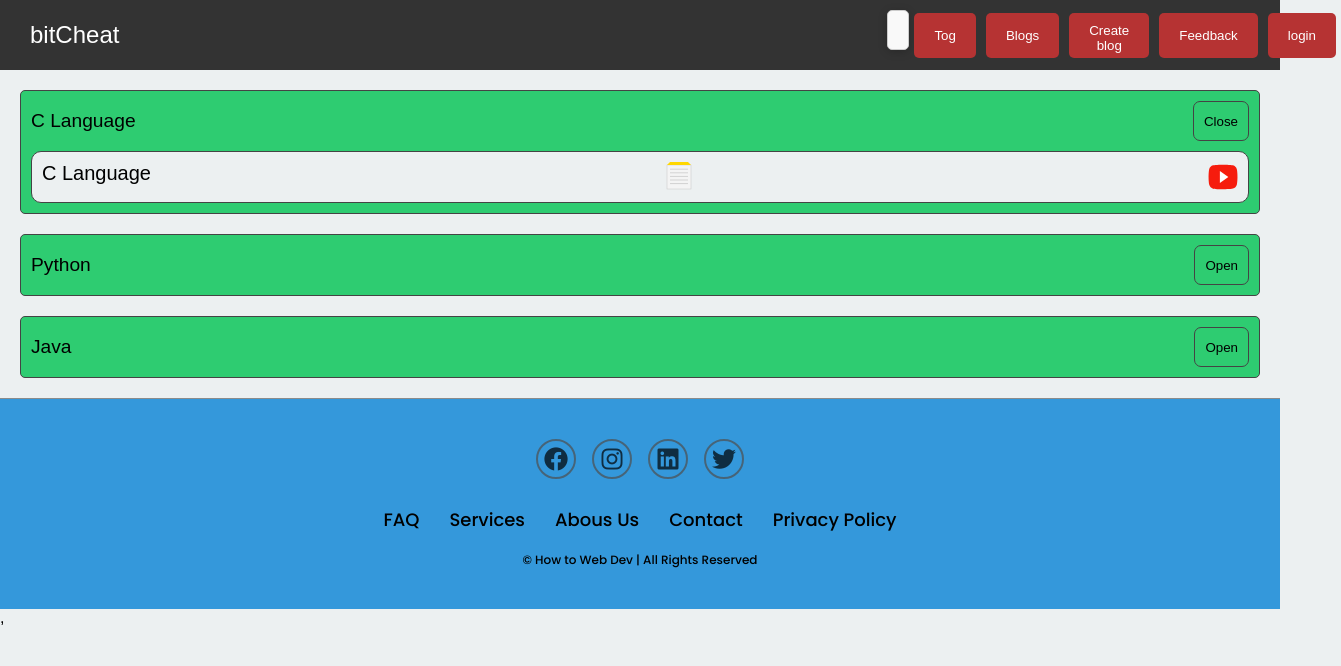
Repository: hitoutvrma/college-notes-website
Page: /IT (app in frontend/app/), after clicking the first element matching `div.title`
An editor plug-in stored every save of this project. The page is shown before and after the next save, followed by the edit.
The browser window is 1280 px wide. The page is 1341 px wide, so the pictures cover 1341 px, including what lies to the right of the window. The pictures show the whole page.
Some web fonts or font styles are not loaded; a fallback is used. The project was rebuilt for these pictures with package versions that can differ from the ones it lists, and the page was loaded fresh each time. Also part of the build but not shown: frontend/app/src/components/UserStatistics.js, frontend/app/src/components/Header.js, frontend/app/src/components/Home.js, frontend/app/src/components/BlogList.js, frontend/app/src/components/CreateBlog.jsx, frontend/app/src/components/Notfoundpage.js.

Above is the page before, as saved 2024-08-17 00:08:10.

### frontend/app/public/index.html
<!DOCTYPE html>
<html lang="en">
  <head>
    <meta charset="utf-8" />
    <link rel="icon" href="%PUBLIC_URL%/favicon.ico" />
    <link rel="preconnect" href="https://fonts.googleapis.com">
<link rel="preconnect" href="https://fonts.gstatic.com" crossorigin>
<link href="https://fonts.googleapis.com/css2?family=Zain:wght@200;300;400;700;800;900&display=swap" rel="stylesheet">
    <meta name="viewport" content="width=device-width, initial-scale=1" />
    <meta name="theme-color" content="#000000" />
    <meta
      name="description"
      content="Web site created using create-react-app"
    />
    <link rel="apple-touch-icon" href="%PUBLIC_URL%/logo192.png" />
    <!--
      manifest.json provides metadata used when your web app is installed on a
      user's mobile device or desktop. See https://developers.google.com/web/fundamentals/web-app-manifest/
    -->
    <link rel="manifest" href="%PUBLIC_URL%/manifest.json" />
    <!--
      Notice the use of %PUBLIC_URL% in the tags above.
      It will be replaced with the URL of the `public` folder during the build.
      Only files inside the `public` folder can be referenced from the HTML.

      Unlike "/favicon.ico" or "favicon.ico", "%PUBLIC_URL%/favicon.ico" will
      work correctly both with client-side routing and a non-root public URL.
      Learn how to configure a non-root public URL by running `npm run build`.
    -->
    <title>React App</title>
  </head>
  <body>
    <noscript>You need to enable JavaScript to run this app.</noscript>
    <div id="root"></div>
    <!--
      This HTML file is a template.
      If you open it directly in the browser, you will see an empty page.

      You can add webfonts, meta tags, or analytics to this file.
      The build step will place the bundled scripts into the <body> tag.

      To begin the development, run `npm start` or `yarn start`.
      To create a production bundle, use `npm run build` or `yarn build`.
    -->
  </body>
</html>

### frontend/app/src/index.js
import React from 'react';
import { createRoot } from 'react-dom/client';
import { Auth0Provider } from '@auth0/auth0-react';
import ReactDOM from 'react-dom/client';
import './index.css';
import App from './App';
import reportWebVitals from './reportWebVitals';

const root = ReactDOM.createRoot(document.getElementById('root'));
root.render(
  <React.StrictMode>
    <Auth0Provider
    domain="dev-e2ucpx13tqcte4ht.us.auth0.com"
    clientId="82fzcFWOHXZTqHpiOgBFNnSoArs0UK5I"
    authorizationParams={{redirect_uri: window.location.origin}}
  >
    <App />
  </Auth0Provider>,
  </React.StrictMode>
);

// If you want to start measuring performance in your app, pass a function
// to log results (for example: reportWebVitals(console.log))
// or send to an analytics endpoint. Learn more: https://bit.ly/CRA-vitals
reportWebVitals();

### frontend/app/src/index.css
/* @tailwind base;
@tailwind components;
@tailwind utilities; */
body {
  margin: 0;
  background-color: #191919;
  /* font-family: -apple-system, BlinkMacSystemFont, 'Segoe UI', 'Roboto', 'Oxygen',
    'Ubuntu', 'Cantarell', 'Fira Sans', 'Droid Sans', 'Helvetica Neue',
    sans-serif; */
  /* -webkit-font-smoothing: antialiased;
  -moz-osx-font-smoothing: grayscale; */
}
/* src/App.css */
body {
  font-family: 'Playwrite AR', cursive;;
  /* font-size: 400px; */
}

.custom-font {
  font-family:  sans-serif;
}

/* code {
  font-family: source-code-pro, Menlo, Monaco, Consolas, 'Courier New',
    monospace;
} */

### frontend/app/src/App.js
import logo from './logo.svg';
import './App.css';
import { BrowserRouter as Router, Routes, Route } from 'react-router-dom';
import UserStatistics from './components/UserStatistics';
import Header from "./components/Header";
import Home from "./components/Home";
import NotesPage from './components/NotesPage';
import { SearchProvider } from './components/SearchContext';
import BlogList from './components/BlogList';
import CreateBlog from './components/CreateBlog';
import NotFoundPage from './components/Notfoundpage';
import Footer from './components/Footer';
// import IT from './components/IT.js';
import { useState } from 'react';
import Navbar from './components/Navbar';

function App() {
  return (
    <SearchProvider>
    <Router>
      <Navbar/>
      {/* <Header/> */}
      {/* <NotesPage/> */}
      <Routes>
        {/* <Route path="/IT" element={<IT/>} /> */}
        <Route path="/IT" element={<NotesPage/>} />
        <Route path="/" element={<Home />} />
        <Route path="/blogs" element={<BlogList />} />
        <Route path="/create_blog" element={<CreateBlog />} />
        <Route path="*" element={<NotFoundPage />} /> {/* Catch-all route */}
      </Routes>

      <Footer/>
    </Router>
    </SearchProvider>
  );
};

export default App;

### frontend/app/src/App.css
/* global.css */
:root {
  --primary-color: #cdd7fb;
  --secondary-color: #2ecc71;
  --accent-color: #e74c3c;
  --background-color: #ecf0f1;
  --text-color: #2c3e50;
}
body{
  background-color: var(--background-color);
  font-family: 'Poppins', sans-serif;
}

### frontend/app/src/components/SearchContext.js
// SearchContext.js
import React, { createContext, useState } from 'react';

export const SearchContext = createContext();

export const SearchProvider = ({ children }) => {
  const [searchText, setSearchText] = useState('');

  return (
    <SearchContext.Provider value={{ searchText, setSearchText }}>
      {children}
    </SearchContext.Provider>
  );
};

### frontend/app/src/components/Footer.js
import React from 'react';
import './css/footer.css';
const Footer = () => {
  return (
    <section class="footer">
    <div class="social">
      <a href="#"><i class="fa-brands fa-facebook"></i></a>
      <a href="#"><i class="fa-brands fa-instagram"></i></a>
      <a href="#"><i class="fa-brands fa-linkedin"></i></a>
      <a href="#"><i class="fa-brands fa-twitter"></i></a>
    </div>
    <ul class="list">
      <li><a href="#">FAQ</a></li>
      <li><a href="#">Services</a></li>
      <li><a href="#">Abous Us</a></li>
      <li><a href="#">Contact</a></li>
      <li><a href="#">Privacy Policy</a></li>
    </ul>
    <p class="copyright">© How to Web Dev | All Rights Reserved</p>
  </section>
  )
}

export default Footer

### frontend/app/src/components/UserStatistics.css


.statistics-container {
    display: flex;
    justify-content: space-around;
    align-items: center;
    background-color: #fff;
    border-radius: 12px;
    box-shadow: 0 4px 20px rgba(0, 0, 0, 0.1);
    padding: 30px;
    margin: 20px 0;
    flex-wrap: wrap;
    transition: transform 0.3s;
}

.statistics-container:hover {
    transform: scale(1.02);
}

.statistic {
    text-align: center;
    flex: 1;
    margin: 10px;
    padding: 20px;
    background: linear-gradient(135deg, #f5f7fa, #c3cfe2);
    border-radius: 10px;
    box-shadow: 0 2px 10px rgba(0, 0, 0, 0.15);
    transition: transform 0.3s, box-shadow 0.3s;
}

.statistic:hover {
    transform: translateY(-5px);
    box-shadow: 0 4px 20px rgba(0, 0, 0, 0.2);
}

.statistic h2 {
    font-size: 3rem;
    color: #333;
    margin: 0;
}

.statistic p {
    font-size: 1.25rem;
    color: #666;
}

/* button {
    padding: 12px 20px;
    font-size: 1.2rem;
    background-color: #007BFF;
    color: white;
    border: none;
    border-radius: 5px;
    cursor: pointer;
    transition: background-color 0.3s, transform 0.3s;
} */

button:hover {
    background-color: #0056b3;
    transform: translateY(-2px);
}

### frontend/app/src/components/login.js
import './css/header.css';
import { useAuth0 } from "@auth0/auth0-react";
import React from "react";

const LoginButton = () => {
  const { user, loginWithRedirect, isAuthenticated, logout } = useAuth0();

  return (<div>
        {isAuthenticated ?(<button onClick={(e) => logout()} id="login">logout</button>):
      <button class="button" onClick={() => loginWithRedirect()}>login</button>}
    </div>
      );
};

export default LoginButton;

### frontend/app/src/components/css/header.css
/* Base Styles */
body {
    font-family: Arial, sans-serif;
    margin: 0;
    padding: 0;
}

/* Header Styles */
.header {
    background-color: var(--primary-color);
    opacity: 100%;
    display: flex;
    border-style: solid;
    border-width: 1px;
    border-color: #444444;
    justify-content: space-between;
    align-items: center;
    height: 9.5vh;
    padding: 0 20px;

    color: white;
    position: fixed;
    top: 0;
    width: 100%;
    z-index: 1000;
}

/* Search Container Styles */
.search-container {
    margin-right: 10px;
    width: 100%;
    max-width: 600px;
    display: flex;
    align-items: center;
    background-color: white;
    border-style: solid;
    border-width: 1px;
    border-color: #444444;
    padding: 5px 10px;
    border-radius: 25px;
    box-shadow: 0 4px 8px rgba(0, 0, 0, 0.1);
}

.search-container input {
    padding: 10px 15px;
    width: 100%;
    font-size: 16px;
    border: none;
    outline: none;
    border-radius: 25px;
}

.search-container input::placeholder {
    color: #aaa;
}

/* Logos and Button Styles */
.logos {
    color: rgb(135, 35, 35);
    font-size: 2.5rem; /* Responsive font size */
}

.header-buttons {
    display: flex;
    align-items: center;
}

#login {
    background-color: rgb(182, 51, 51);
}

.header-buttons button {
    margin-right: 1vw;
    padding: 15px 25px;
    font-size: 1rem; /* Responsive font size */
    cursor: pointer;
    border: 1px solid rgb(68, 68, 68);
    background-color: #191919;
    color: white;
    border-radius: 15px;
}

/* Responsive Design */
@media (max-width: 768px) {
    .header {
        flex-direction: column;
        height: auto;
        padding: 10px;
    }

    .logos {
        margin-bottom: 10px;
    }

    .header-buttons {
        width: 100%;
        justify-content: space-between;
        margin-top: 10px;
    }

    .header-buttons button {
        flex: 1;
        margin: 5px;
        font-size: 0.9rem;
    }

    .search-container {
        width: 100%;
        margin-top: 10px;
    }
}

@media (max-width: 480px) {
    .logos {
        font-size: 2rem;
    }

    .header-buttons button {
        font-size: 0.8rem;
        padding: 8px 10px;
    }

    .search-container {
        width: 100%;
        margin-top: 10px;
    }
}

.navbar-toggle {
    display: none;
    flex-direction: column;
    cursor: pointer;
}

### frontend/app/src/components/Feedback.js
import React, { useState } from 'react';
import { useNavigate } from 'react-router-dom';
import axios from 'axios';

import './css/feedback.css'; // Import your CSS file for styling

const Feedback = () => {
  const [showPopup, setShowPopup] = useState(false);
  const [feedback, setFeedback] = useState('');
  const [username, setUsername] = useState('hitesh');
  const [showSuccessAlert, setShowSuccessAlert] = useState(false);

  const navigate = useNavigate();

  const handleSubmitFeedback = async (e) => {
    e.preventDefault();
    try {
      await axios.post('http://localhost:5000/api/feedback', { username, feedback });
      setShowSuccessAlert(true);
      setTimeout(() => {
        setShowSuccessAlert(false);
      }, 3000); // Hide the success alert after 3 seconds
      setFeedback('');
      setUsername('');
      handleClosePopup();
    } catch (error) {
      console.error('Error creating feedback post', error);
    }
  };

  const handleOpenPopup = () => {
    setShowPopup(true);
  };

  const handleClosePopup = () => {
    setShowPopup(false);
  };

  return (
    <div>
      <button className="button" onClick={handleOpenPopup}>Feedback</button>

      {showPopup && (
        <div className="popup-overlay">
          <div className="popup-content">
            <h2>Feedback</h2>
            <textarea
              value={feedback}
              onChange={(e) => setFeedback(e.target.value)}
              placeholder="Enter your feedback here..."
            />
            <button className="button" onClick={handleSubmitFeedback}>Submit</button>
            <button className="button" onClick={handleClosePopup}>Close</button>
          </div>
        </div>
      )}

      {showSuccessAlert && (
        <div className="success-alert">
          <span className="icon">✔️</span>
          <span className="message">thanks!</span>
        </div>
      )}
    </div>
  );
};

export default Feedback;

### frontend/app/src/components/css/feedback.css
/* feedback.css */

body {
  font-family: Arial, sans-serif;
}

.button {
  padding: 10px 20px;
  background-color: rgb(182, 51, 51);;
  color: white;
  border: none;
  border-radius: 5px;
  height: 45px;
  cursor: pointer;
  margin: 5px;
}

.button:hover {
  background-color: #5a1e0e;
}

.popup-overlay {
  position: fixed;
  top: 0;
  left: 0;
  right: 0;
  bottom: 0;
  background-color: rgba(0, 0, 0, 0.5);
  display: flex;
  justify-content: center;
  align-items: center;
}

.popup-content {
  background-color: white;
  padding: 20px;
  border-radius: 10px;
  max-width: 90%;
  width: 400px;
  box-shadow: 0 0 10px rgba(0, 0, 0, 0.3);
  display: flex;
  flex-direction: column; /* Ensure children are stacked vertically */
  align-items: center; /* Center align children */
}

textarea {
  width: 100%; /* Full width */
  height: 100px;
  margin-top: 10px;
  padding: 10px;
  border: 1px solid #ccc;
  border-radius: 5px;
  box-sizing: border-box; /* Include padding and border in element's total width */
}

input[type="text"] {
  width: 100%;
  padding: 10px;
  margin-top: 10px;
  border: 1px solid #ccc;
  border-radius: 5px;
  box-sizing: border-box; /* Include padding and border in element's total width */
}

.success-alert {
  background-color: #dff0d8;
  color: #3c763d;
  padding: 10px;
  margin-top: 10px;
  border: 1px solid #d6e9c6;
  border-radius: 5px;
  display: flex;
  align-items: center;
}

.success-alert .icon {
  margin-right: 5px;
}

/* Responsive styles */
@media (max-width: 600px) {
  .popup-content {
    width: 0%;
    padding: 15px;
  }

  .button {
    width: auto;
    height: 35px;
    /* margin: 5px 0; */
  }
}

### frontend/app/src/components/css/home.css
@import url("https://fonts.googleapis.com/css2?family=Fredoka:wght@400;600&display=swap");
@import url('https://fonts.googleapis.com/css2?family=Zain:wght@200;300;400;700;800;900&display=swap');
* {
  margin: 0;
  padding: 0;
  box-sizing: border-box;
}
.headings{
  /* color:white; */
  color: var(--font-heading-color);
  font-size: 6vh;
  padding-left: 7%;
  padding-right: 7%;
  /* display: flex; */
  margin-bottom: 50px;

  text-align: center;
}

.whole-home{
    padding-top: 20.5vh;
}
#wrapper-body {
  height: 100%;
  /* margin-left: 25px */
  width: 100%;
  flex-wrap: wraps;
  display: flex;
  /* justify-content: center; */
}
.container-body {
  margin:10px;
  width: 90%;
  flex-wrap: wrap;
  display: flex;
  row-gap: 20px;
  column-gap: 90px;
  justify-content:center;  /* change here if you wants to change the space between the cards */
}
/* Global styles */
.div-body {
  margin: 0px;
  padding: 0;
  width: 300px;
  border-radius: 0%;
}

/* Card styles */
.card-body {
  background-color: var(--secondary-color);
  /* opacity: 70%; */
  border-radius: var(--border-radius);
  border-style: solid;
  border-width: 1px;
  height: 44vh;
  border-color: rgb(68, 68, 68);
  /* border-color: white; */
  text-align: center;
  padding: 15px;
  width: 360px;
  cursor: pointer;
}
.card-body:hover  {
  border-color: red; /* Change border color to white on hover */
}
/* Illustration styles */
.ilustration-body {
  margin: 30px;
}

.ilustration-body lottie-player {
  width: 200px;
  height: 200px;
  border-radius: 100%;
  overflow: hidden;
  margin: 0 auto;
  /* box-shadow: 20px 20px 20px rgba(0, 0, 0, 0.1),
    -20px -20px 20px rgba(255, 255, 255, 0.1); */
}

/* Heading styles */
.h3-body {
  font-family: var(--primary-font);
  font-size: 2rem;
  line-height: 2.2rem;
  color: var(--text-color);
  font-weight: bold;
  margin: 30px 0;
}

/* Paragraph styles */
.p-body {
  font-family: var(--primary-font);
  /* margin: 5000px; */
  font-size: 1.1rem;
  line-height: 1.5rem;
  color: var(--text-color);
  margin:60px auto 10px auto;
  /* margin-bottom: 10px; */
  max-width: 80%;
}

/* Button styles */
.button-body {
  font-family: var(--primary-font);
  font-size: 1.1rem;
  font-weight: bold;
  padding: 15px 80px;
  position:static;
  border-radius: 25px;
  color: var(--text-color);
  border: 1px;
  border-style: solid;
  border-color: rgb(68, 68, 68);
  margin: 30px 0;
  outline: none;
  cursor: pointer;
  background-color:var(--semester-button);
}

/* button:active {
  transform: scale(0.9);
  box-shadow: inset -1px -1px 3px rgba(129, 199, 132, 1),
    -20px -20px 20px rgba(255, 255, 255, 0);
} */
a{
  text-decoration: none;
}
@media (max-width: 768px) {
  .container-body {
    grid-template-columns: repeat(auto-fill, minmax(250px, 1fr));
    gap: 15px;
  }}
  @media (max-width: 480px) {
    .container-body {
      grid-template-columns: 1fr 1fr;
      gap: 10px;
    }

    .headings {
      font-size: 5vh;
      padding-left: 5%;
      padding-right: 5%;
    }

    .card-body {
      width: 100%;
      height: auto;
    }

    .h3-body {
      font-size: 1.5rem;
      line-height: 1.7rem;
    }

    .p-body {
      font-size: 1rem;
      line-height: 1.2rem;
      margin: 30px auto 10px auto;
    }

    .button-body {
      font-size: 1rem;
      padding: 10px 60px;
    }
  }

### frontend/app/src/components/css/NotesPage.css
.itmain {
  color: white;
  /* margin-top: 10.5vh; */
}
.hidden {
  display: none;
}

.open {
  display: block;
}

.sub-block {
  display: none;
}

.block {
  background-color: var(--secondary-color);
  margin: 20px;
  /* margin-right: 30px; */
  width: auto;
  /* background-color: rgb(40, 39, 39); */
  border: solid 1px rgb(68, 68, 68);
  padding: 10px;
  border-radius: 5px;
}

.title {
  font-size: 1.2em;
  align-items: center;
  color: var(--text-color);
  cursor: pointer;
  display: flex;
  justify-content: space-between;
}

.sub_content {
  background-color: var(--background-color);
  margin-top: 10px;
  /* padding: 10px; */
  text-align: left;
  border: solid 1px rgb(68, 68, 68);
  border-radius: 10px;
}

.semester-buttons {
  color: var(--text-color);
  height: 40px;
  cursor: pointer;
  padding: 10px;
  border-radius: 7px;
  border: solid 1px rgb(68, 68, 68);
  background-color: var(--semester-button);
}
.youtube{
  width: 30px;
  height: 30px;
}
.subjects{
  color:white;
  padding: 10px;
  font-size: 20px;
  font-weight: lighter;
  display: flex;
  justify-content: space-between;
}
.search-bar {
  width: 100%;
  padding: 10px;
  margin-bottom: 20px;
  font-size: 1em;
}

### frontend/app/src/components/css/footer.css
@import url('https://fonts.googleapis.com/css2?family=Poppins:wght@300;400;500;600;700;800&display=swap');
@import url('https://cdnjs.cloudflare.com/ajax/libs/font-awesome/6.4.2/css/all.min.css');

*{
  color: black;
}
.footer{
  margin: 0;
  padding: 0;
  box-sizing: border-box;
  /* background-color: red; */
  font-family: 'Poppins', sans-serif;
  text-decoration: none;
  list-style: none;
}
.footer{
  font-weight: 500;
  background-color: rgba(204, 18, 18, 0.42);
}
.footer {
  /* position: fixed; */
  bottom: 0;
  width: 100%;
  padding: 40px 0;
  background-color: var(--primary-color);
  border-top: 1px solid rgb(139, 139, 139);
}
.footer .social {
  text-align: center;
  padding-bottom: 25px;
}
.footer .social a {
  font-size: 24px;
  color: var(--font-heading-color);
  border: 2px solid rgb(79, 79, 79);
  width: 40px;
  height: 40px;
  line-height: 38px;
  display: inline-block;
  text-align: center;
  border-radius: 50%;
  margin: 0 8px;
  opacity: 0.7;
  transition: 0.3s ease;
}
.footer .social a:hover {
  transform: scale(1.2) translateY(-10px);
  opacity: 1;
  color: rgb(255, 78, 78);
  border: 2px solid rgb(255, 78, 78);
}
.footer ul {
  margin-top: 0;
  padding: 0;
  font-size: 18px;
  line-height: 1.8;
  margin-bottom: 0;
  text-align: center;
}
.footer ul li a {
  color: var(--font-heading-color);
  border-bottom: 3px solid transparent;
  transition: 0.3s ease;
}

.footer ul li a:hover {
  border-bottom: 3px solid rgb(255, 78, 78);
}
.footer ul li {
  display: inline-block;
  padding: 0 15px;
}
.footer .copyright {
  margin-top: 15px;
  text-align: center;
  font-size: 12px;
  color: var(--font-heading-color);
}

### frontend/app/src/components/Navbar.css
/* Navbar.css */
.navbar {
    background-color: #333;
    width: 100%;
    z-index: 2;
    color: #fff;
    display: flex;
    justify-content: space-between;
    align-items: center;
    height: 70px;
    position:relative;
  }

  /* Styles for the search bar */

.search-bar {
  /* width: 50px; */
  max-width: 400px; /* Maximum width */
  /* margin: 100px; */
  padding: 12px; /* Increased padding for better spacing */
  border: 1px solid #ccc; /* Light border */
  border-radius: 25px; /* More rounded corners */
  box-shadow: 0 2px 10px rgba(0, 0, 0, 0.2); /* Slightly stronger shadow */
  font-size: 16px; /* Font size */
  transition: border 0.3s ease, box-shadow 0.3s ease; /* Smooth transition for border and shadow */
  background-color: #f9f9f9; /* Light background color */
}

.search-bar:focus {
  border: 1px solid #4CAF50; /* Change border color on focus */
  box-shadow: 0 0 5px rgba(76, 175, 80, 0.5); /* Shadow effect on focus */
  outline: none; /* Remove outline */
}

@media (max-width: 600px) {
  .search-bar {
    max-width: 50%; /* Responsive maximum width */
    font-size: 14px; /* Smaller font size on smaller screens */
    padding: 10px; /* Adjust padding for smaller screens */
  }
}


  .navbar-container {
    display: flex;
    /* justify-content: space-between; */
    align-items: center;
    padding: 10px;
    width: 100%;
    max-width: 1200px;
    /* padding: 0 10px; */
  }

  .navbar-logo {
    font-size: 1.5rem;
    margin-right: 60vw;
    margin-left: 20px;
    text-decoration: none;
    color: #fff;
  }

  .navbar-toggle {
    display: none;
    font-size: 1.8rem;
    cursor: pointer;
  }

  .navbar-menu {
    display: flex;
    list-style: none;
  }

  .navbar-item {
    padding: 0 5px;
    text-decoration: none;
    color: #fff;
    font-size: 1rem;
  }

  .navbar-item:hover {
    color: #ddd;
  }

  @media (max-width: 808px) {
    .navbar-toggle {
      display: flex;
    }
    .navbar-logo{
      margin-right: auto;
    }

    .navbar-menu {
      position: absolute;

      top: 30px;
      right:0;
      width: 40%;
      height: calc(40vh);
      background-color: #333;
      z-index: -2000;
      flex-direction: column;
      align-items: center;
      justify-content: center;
      transition: transform 0.3s ;
      transform: translateY(-100%);
    }

    .navbar-menu.active {
      transform: translateY(0);
    }

    .navbar-item {
      padding: 10px 0;
      width: 100%;
      text-align: right;
    }
    button{
      background-color: red;
    }
  }

### frontend/app/src/components/css/global.css
/* global.css */
@import url('https://fonts.googleapis.com/css2?family=Zain:wght@200;300;400;700;800;900&display=swap');
:root {
    --primary-color: #3498db;
    --secondary-color: #2ecc71;
    --accent-color: #e74c3c;
    --background-color: #ecf0f1;
    --text-color: #black;
    --border-radius:20px;
    --font-heading-color: '#003300';
    --lighter-color:'#e0e6fd';
    --semester-button:'sfdsdf';
  }

Loaded but not shown: frontend/app/src/reportWebVitals.js (common file); frontend/app/tailwind.config.js (common file); frontend/app/src/components/NotesPage.js (264 lines, source omitted); frontend/app/src/components/Navbar.js (84 lines, source omitted); frontend/app/src/components/Colorbutton.js (73 lines, source omitted)

After the next save:
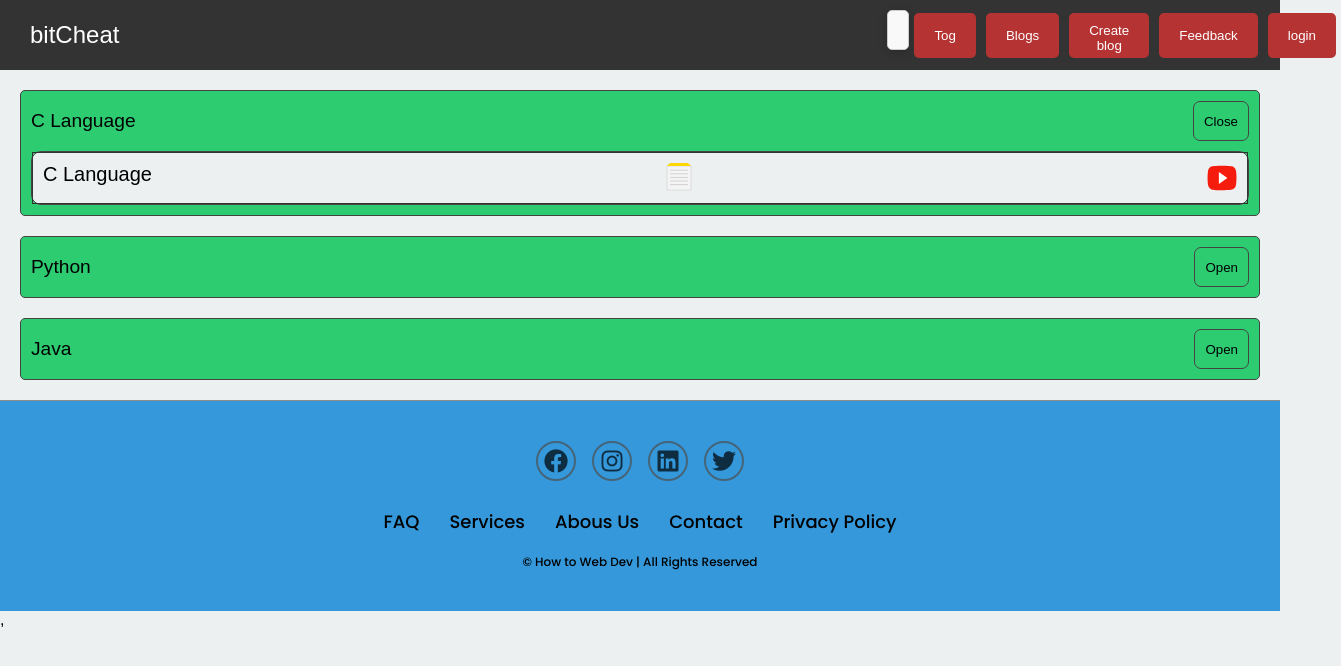
Saved 22 s later.
--- a/frontend/app/src/components/css/NotesPage.css
+++ b/frontend/app/src/components/css/NotesPage.css
@@ -63,6 +63,7 @@
   font-weight: lighter;
   display: flex;
   justify-content: space-between;
+  border: #333 solid 1px;
 }
 .search-bar {
   width: 100%;
